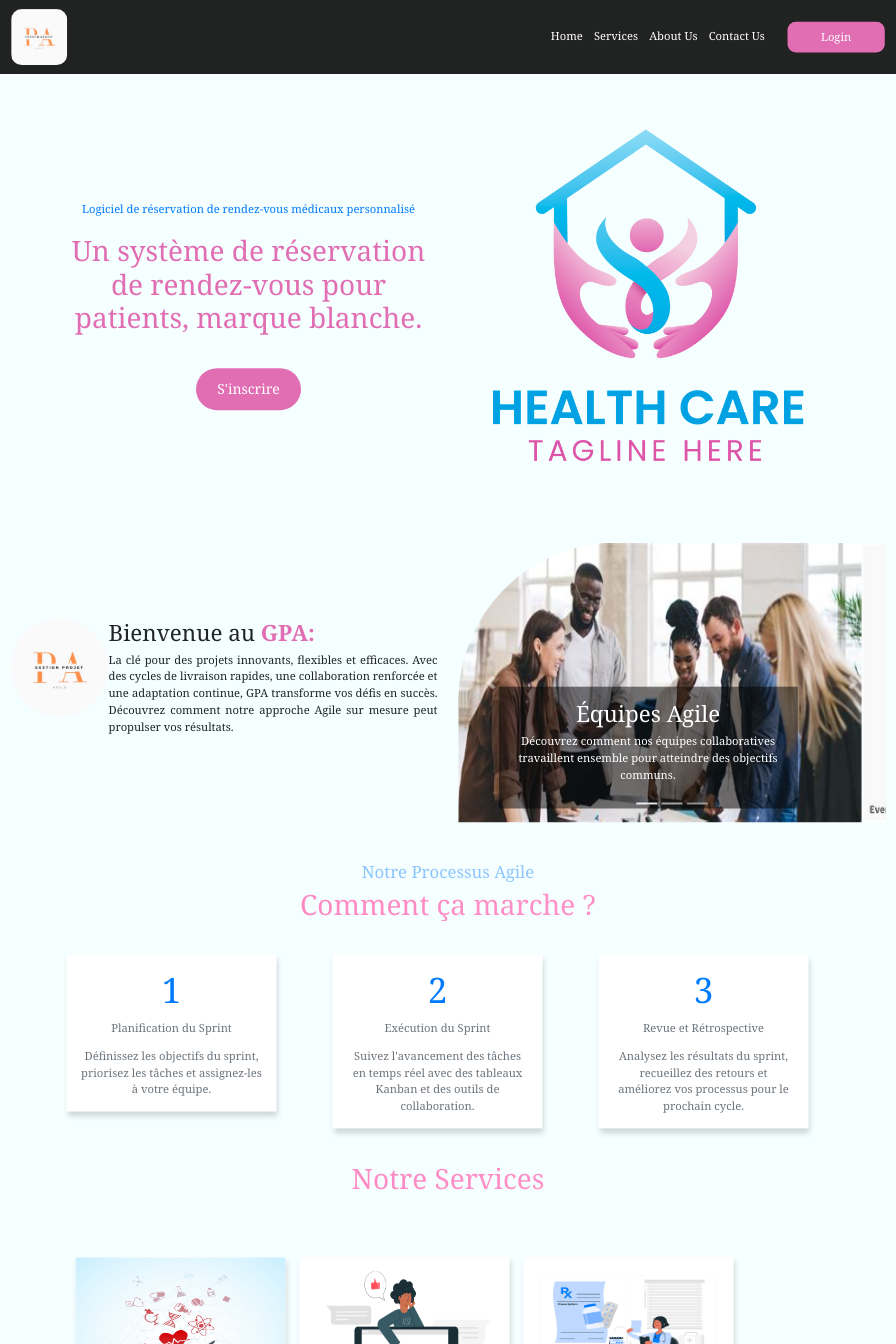
Repository: SalmaElhaou/Scrum-Project
Page: http://localhost/
These files come from the project's save history. The page is drawn as it stood at one moment and after the next save; the edit follows.
The browser window is 1280 px wide. The pictures show the part of the page from y = 0 to 1920 px (the page is 3368 px tall before and 3071 px after), at 70% of full size.
Some web libraries are served in a nearby version. The page is served by the project's Laravel application, run on PHP 8.4 with Laravel 10.

Above is the page before, as saved 2025-02-01 22:41:52.
Console error: TypeError: Cannot read properties of null (reading 'addEventListener')

After the next save:
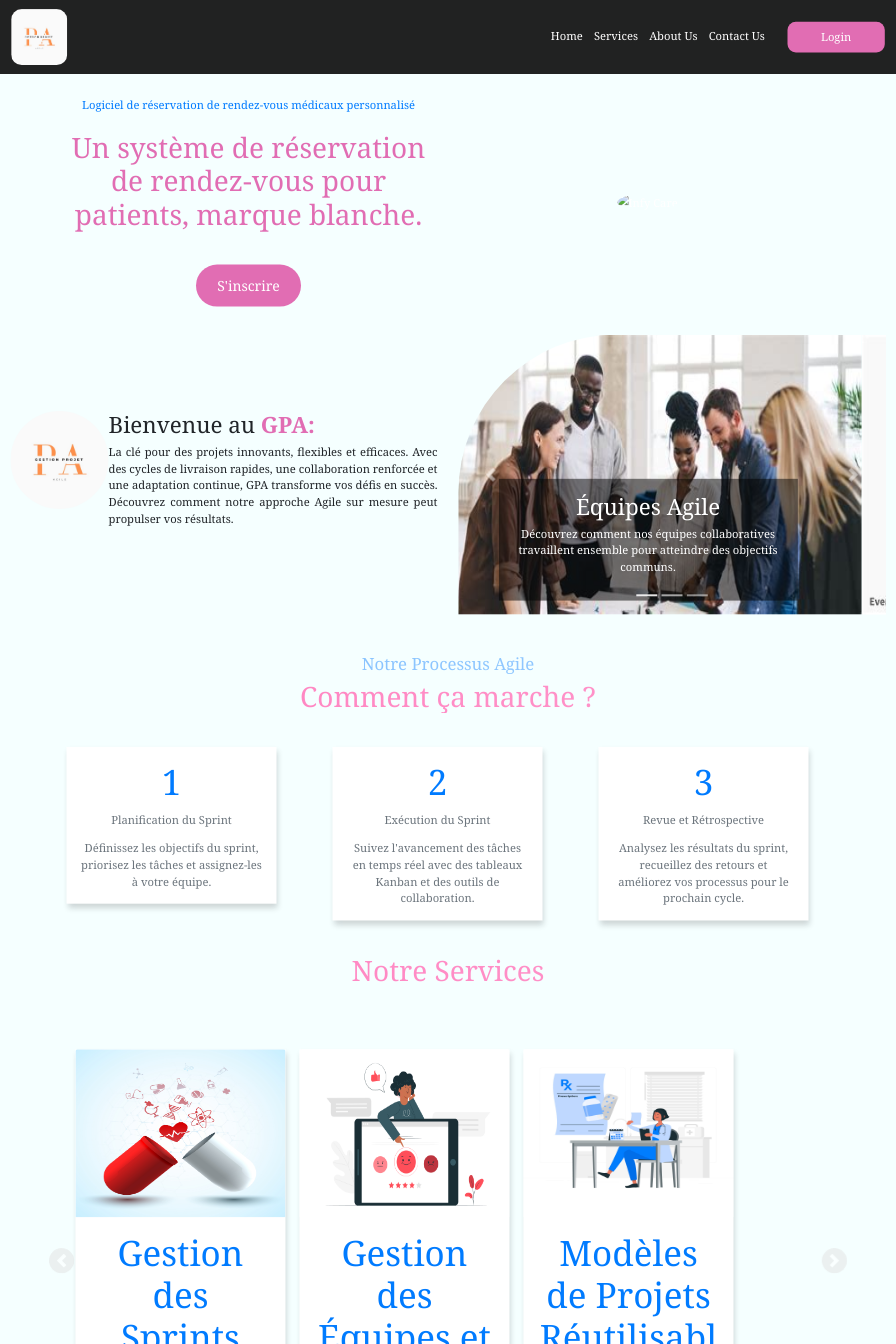
Saved 3 min 36 s later.
--- a/resources/views/welcome.blade.php
+++ b/resources/views/welcome.blade.php
@@ -367,7 +367,7 @@
         </div>
         <!-- Colonne pour l'image -->
         <div class="col-lg-6 text-center">
-          <img src="img/97.png" alt="Infy Care" class="img-fluid object-image-cover rounded-circle" loading="lazy">
+          <img src="img/.png" alt="Infy Care" class="img-fluid object-image-cover rounded-circle" loading="lazy">
         </div>
       </div>
     </div>
